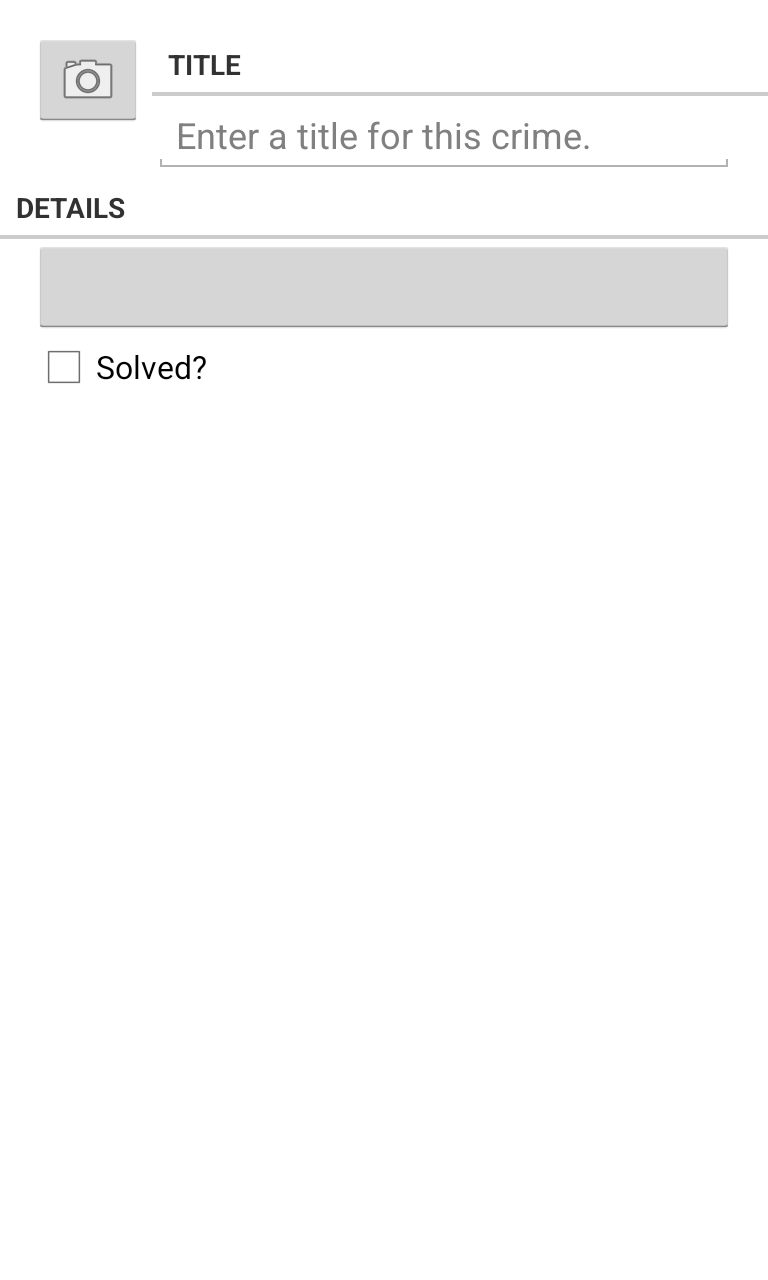
Repository: DaleJulian/CriminalIntent
Layout: CriminalIntent/res/layout/fragment_crime.xml
The author's editor kept a copy of each file at every save. The layout is drawn from the files as they stood at one save, then again after a run of saves.
It is drawn on a 768 x 1280 px phone screen (xhdpi) without system bars, with theme AppTheme; the app's code is not run.

Above is the layout before, as saved 2015-06-01 08:22:10.

After the next 2 saves:
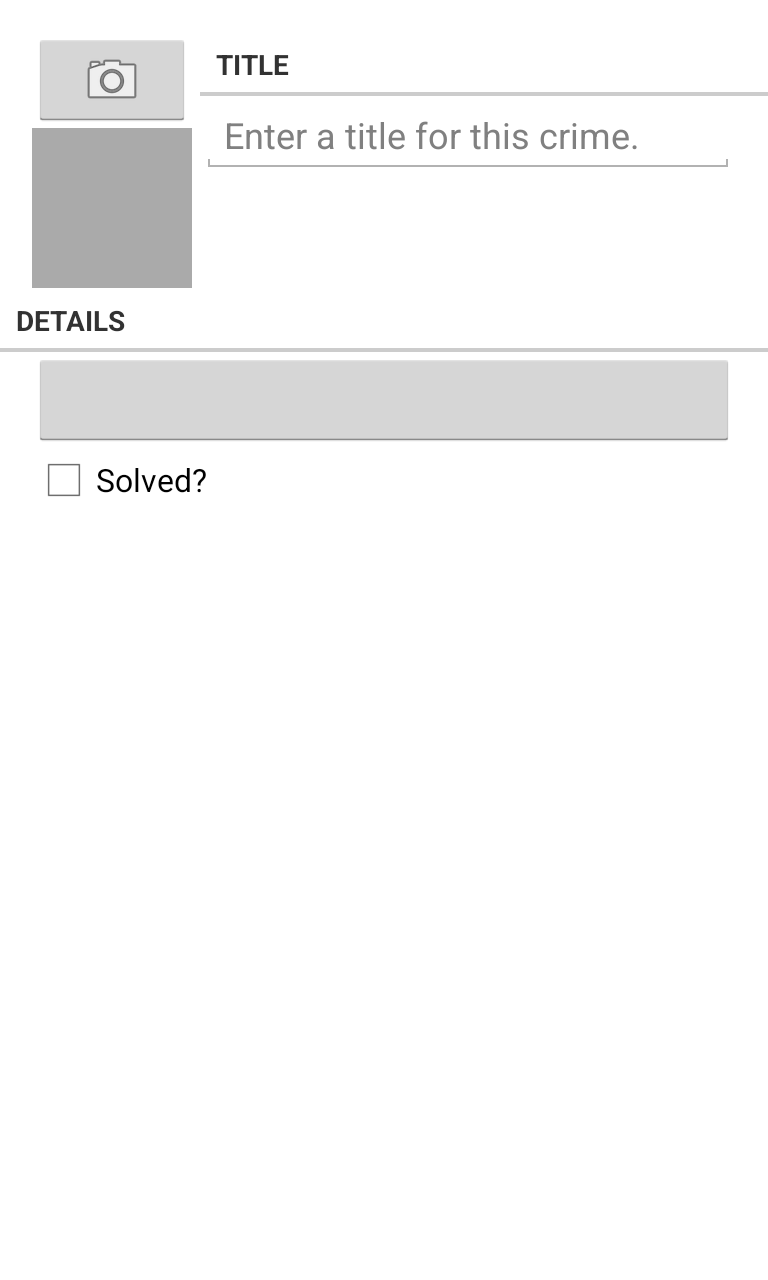
The 2 saves are shown as one change because 1 did not build or start.
The last was saved 2 min 48 s later.
--- a/CriminalIntent/res/layout/fragment_crime.xml
+++ b/CriminalIntent/res/layout/fragment_crime.xml
@@ -21,6 +21,13 @@
         android:layout_height="wrap_content"
         android:src="@android:drawable/ic_menu_camera"
         />
+        <ImageView
+            android:id="@+id/crime_imageView"
+            android:layout_width="80dp"
+            android:layout_height="80dp"
+            android:scaleType="centerInside"
+            android:background="@android:color/darker_gray"
+            android:cropToPadding="true"></ImageView>
     </LinearLayout>
     <LinearLayout
       android:layout_width="wrap_content"
